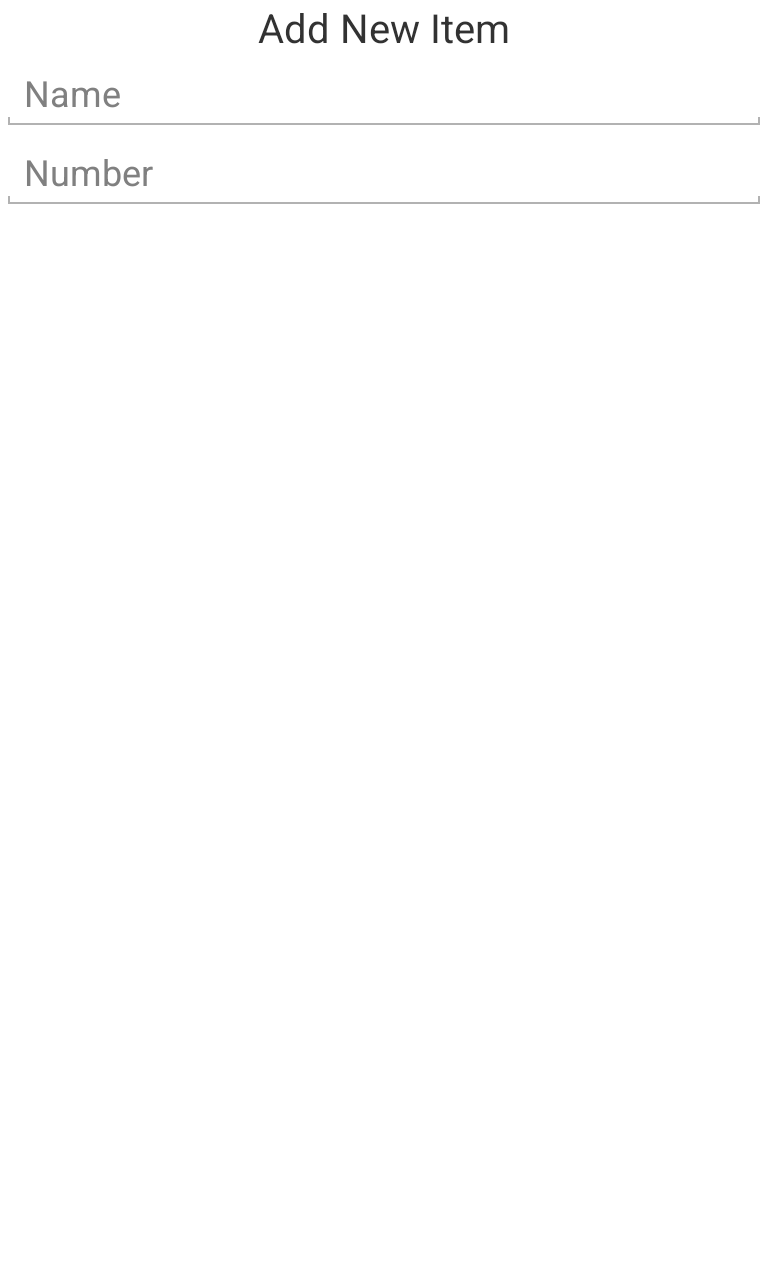
Repository: efreestone/CPM_Freestone
Layout: Project1Android/res/layout/activity_new_item.xml
The author's editor kept a copy of each file at every save. The layout is drawn from the files as they stood at one save, then again after the next save.
It is drawn on a 768 x 1280 px phone screen (xhdpi) without system bars, with theme AppTheme; the app's code is not run.

Above is the layout before, as saved 2014-09-30 23:09:01.

### Project1Android/res/layout/activity_new_item.xml
<?xml version="1.0" encoding="utf-8"?>
<LinearLayout xmlns:android="http://schemas.android.com/apk/res/android"
    android:layout_width="match_parent"
    android:layout_height="match_parent"
    android:orientation="vertical" >

    <TextView
        android:id="@+id/newItemTitle"
        android:layout_width="match_parent"
        android:layout_height="wrap_content"
        android:gravity="center"
        android:textSize="20sp"
        android:text="Add New Item" />

    <EditText
        android:id="@+id/nameEditText"
        android:layout_width="match_parent"
        android:layout_height="wrap_content"
        android:inputType="textPersonName"
        android:hint="Name" />

    <EditText
        android:id="@+id/numberEditText"
        android:layout_width="match_parent"
        android:layout_height="wrap_content"
        android:inputType="number"
        android:hint="Number" />


</LinearLayout>

Loaded but not shown: Project1Android/res/values/styles.xml (common file); Project1Android/res/values-v11/styles.xml (common file); Project1Android/res/values-v14/styles.xml (common file)

After the next save:
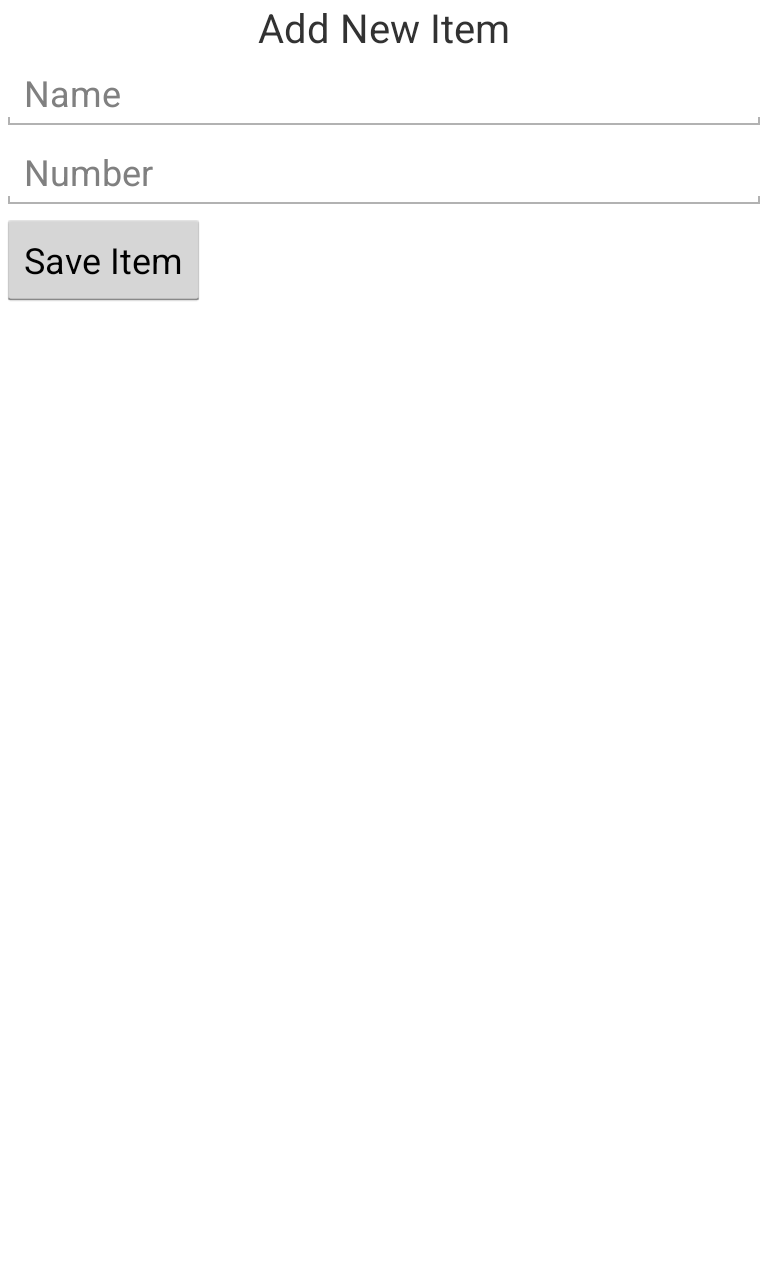
Saved 69 s later.
--- a/Project1Android/res/layout/activity_new_item.xml
+++ b/Project1Android/res/layout/activity_new_item.xml
@@ -26,5 +26,12 @@
         android:inputType="number"
         android:hint="Number" />
 
+    <Button
+        android:id="@+id/saveButton"
+        android:layout_width="wrap_content"
+        android:layout_height="wrap_content"
+        android:gravity="center"
+        android:text="Save Item" />
+
 
 </LinearLayout>
